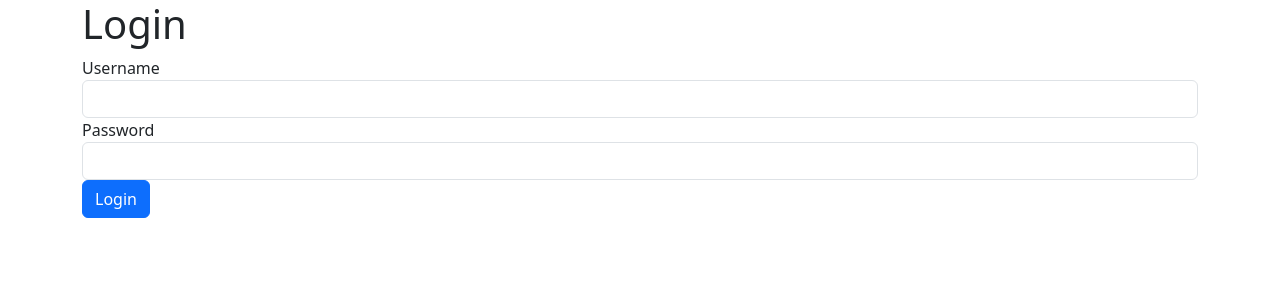
Repository: Jay1161/FSWD
Page: / (app in Week-7/task-1/task1/)
These files come from the project's save history. The page is drawn as it stood at one moment and after a run of saves; the edit follows.
The browser window is 1280 px wide. The pictures show the whole page.
The project was rebuilt for these pictures with package versions that can differ from the ones it lists, and the page was loaded fresh each time.

Above is the page before, as saved 2023-08-27 12:06:29.

### Week-7/task-1/task1/src/index.js
import React from 'react';
import ReactDOM from 'react-dom/client';
import './index.css';
//import App from './App';
import reportWebVitals from './reportWebVitals';
//import Test from './component'
// import ProductList from './Productlist';
// import Counter from './counter';
//import TaskList from './tasklist';
//import StudentList from './studentlist';
//import Sap from './sap';
import Login from './login';

const root = ReactDOM.createRoot(document.getElementById('root'));
root.render(
  <React.StrictMode>

    <Login />

  </React.StrictMode>
);

// If you want to start measuring performance in your app, pass a function
// to log results (for example: reportWebVitals(console.log))
// or send to an analytics endpoint. Learn more: https://bit.ly/CRA-vitals
reportWebVitals();

### Week-7/task-1/task1/src/login.jsx
import React, { Component } from "react";
import 'bootstrap/dist/css/bootstrap.min.css';

class Login extends Component {
  state = {
    username: "",
    password: "",
    error: "",
  };

  handleChange = (event) => {
    const { name, value } = event.target;
    this.setState({
      [name]: value,
    });
  };

  handleSubmit = (event) => {
    event.preventDefault();

    const { username, password } = this.state;

    // Do some login logic here, such as making an API call to check the username and password.

    if (this.state.error === "") {
      this.setState({
        error: "Login successful!",
      });
    }
  };

  render() {
    return (
      <div class="container">
        <h1>Login</h1>
        <form onSubmit={this.handleSubmit}>
          <div class="form-group">
            <label for="username">Username</label>
            <input
              type="text"
              class="form-control"
              id="username"
              name="username"
              value={this.state.username}
              onChange={this.handleChange}
            />
          </div>
          <div class="form-group">
            <label for="password">Password</label>
            <input
              type="password"
              class="form-control"
              id="password"
              name="password"
              value={this.state.password}
              onChange={this.handleChange}
            />
          </div>
          <button type="submit" class="btn btn-primary">Login</button>
          {this.state.error && <p>{this.state.error}</p>}
        </form>
      </div>
    );
  }
}

export default Login;

Loaded but not shown: Week-7/task-1/task1/public/index.html (common file); Week-7/task-1/task1/src/index.css (common file); Week-7/task-1/task1/src/reportWebVitals.js (common file)

After the next 3 saves:
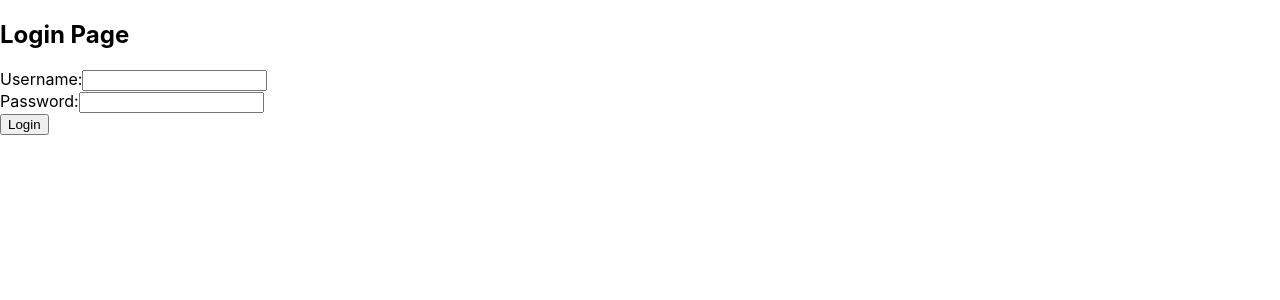
The 3 saves are shown as one change because they came seconds apart.
The last was saved 4 min 2 s later.
--- a/Week-7/task-1/task1/src/login.jsx
+++ b/Week-7/task-1/task1/src/login.jsx
@@ -1,67 +1,61 @@
-import React, { Component } from "react";
-import 'bootstrap/dist/css/bootstrap.min.css';
+import React, { useState } from 'react';
 
-class Login extends Component {
-  state = {
-    username: "",
-    password: "",
-    error: "",
+const Login = () => {
+  const [username, setUsername] = useState('');
+  const [password, setPassword] = useState('');
+  const [error, setError] = useState('');
+  const [loginSuccess, setLoginSuccess] = useState(false);
+
+  const handleUsernameChange = (event) => {
+    setUsername(event.target.value);
   };
 
-  handleChange = (event) => {
-    const { name, value } = event.target;
-    this.setState({
-      [name]: value,
-    });
+  const handlePasswordChange = (event) => {
+    setPassword(event.target.value);
   };
 
-  handleSubmit = (event) => {
+  const handleSubmit = (event) => {
     event.preventDefault();
 
-    const { username, password } = this.state;
-
-    // Do some login logic here, such as making an API call to check the username and password.
-
-    if (this.state.error === "") {
-      this.setState({
-        error: "Login successful!",
-      });
+    if (username === 'your_username' && password === 'your_password') {
+      setLoginSuccess(true);
+      setError('');
+    } else {
+      setError('Invalid username or password');
+      setLoginSuccess(false);
     }
   };
 
-  render() {
-    return (
-      <div class="container">
-        <h1>Login</h1>
-        <form onSubmit={this.handleSubmit}>
-          <div class="form-group">
-            <label for="username">Username</label>
-            <input
-              type="text"
-              class="form-control"
-              id="username"
-              name="username"
-              value={this.state.username}
-              onChange={this.handleChange}
-            />
-          </div>
-          <div class="form-group">
-            <label for="password">Password</label>
-            <input
-              type="password"
-              class="form-control"
-              id="password"
-              name="password"
-              value={this.state.password}
-              onChange={this.handleChange}
-            />
-          </div>
-          <button type="submit" class="btn btn-primary">Login</button>
-          {this.state.error && <p>{this.state.error}</p>}
-        </form>
-      </div>
-    );
-  }
-}
+  return (
+    <div>
+      <h2>Login Page</h2>
+      <form onSubmit={handleSubmit}>
+        <div>
+          <label>Username:</label>
+          <input
+            type="text"
+            value={username}
+            onChange={handleUsernameChange}
+            required
+          />
+        </div>
+        <div>
+          <label>Password:</label>
+          <input
+            type="password"
+            value={password}
+            onChange={handlePasswordChange}
+            required
+          />
+        </div>
+        <div>
+          <button type="submit">Login</button>
+        </div>
+        {error && <p style={{ color: 'red' }}>{error}</p>}
+        {loginSuccess && <p style={{ color: 'green' }}>Login successful!</p>}
+      </form>
+    </div>
+  );
+};
 
 export default Login;
